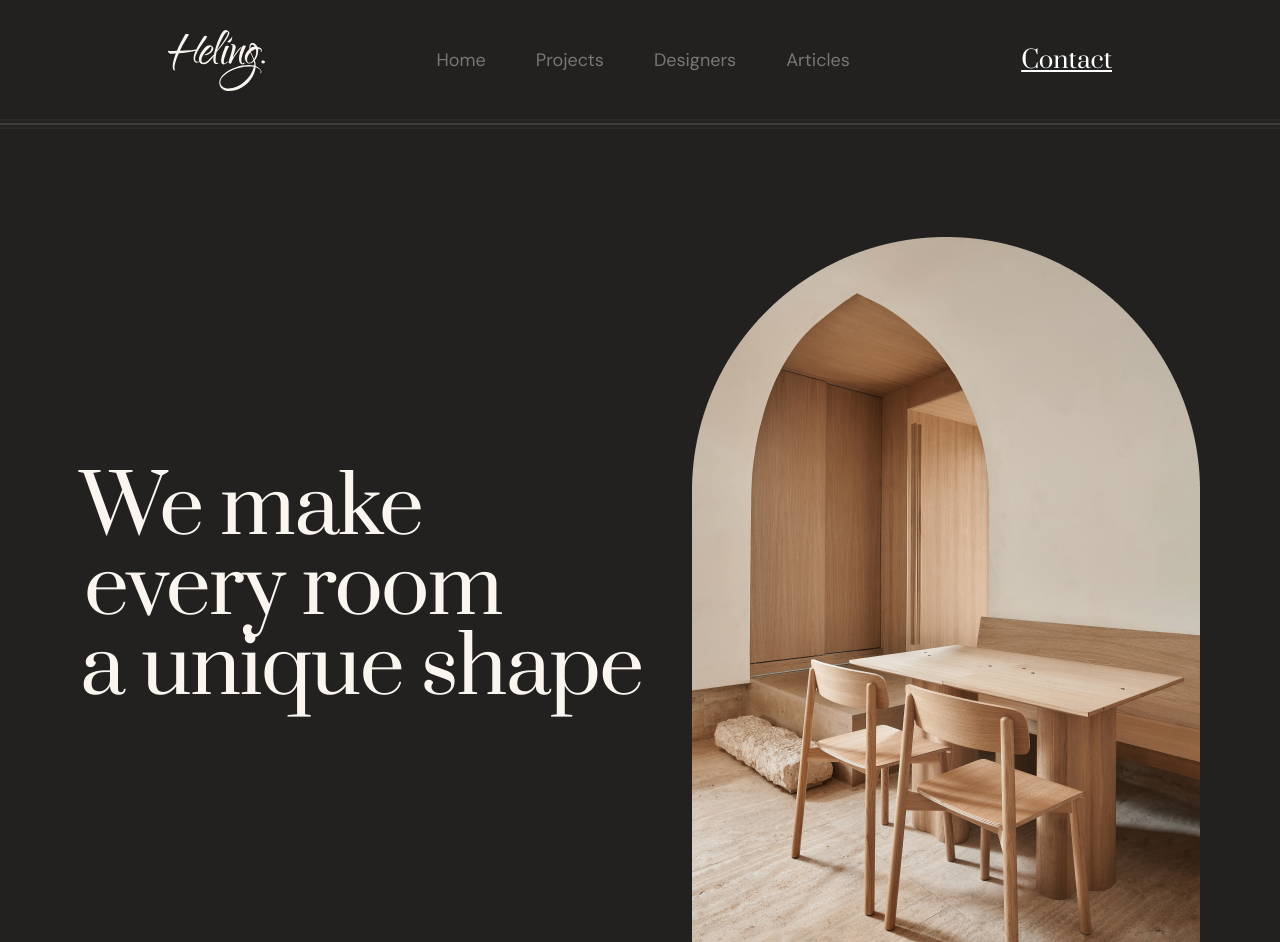
Repository: vandangnhathung/healingui_website
Page: /
An editor plug-in stored every save of this project. The page is shown before and after the next save, followed by the edit.
The browser window is 1280 px wide. The pictures show the whole page.
The project was rebuilt for these pictures with package versions that can differ from the ones it lists, and the page was loaded fresh each time.

Above is the page before, as saved 2022-03-16 13:31:40.

### src/App.js
import "./App.css";
import Container from "./components/Container/Container";
import Header from "./components/Header/Header";
function App() {
  return (
    <div className="max-w-[1600px]">
      <Header></Header>
      <Container></Container>
    </div>
  );
}

export default App;

### src/App.css
.App {
  text-align: center;
}

.App-logo {
  height: 40vmin;
  pointer-events: none;
}

@media (prefers-reduced-motion: no-preference) {
  .App-logo {
    animation: App-logo-spin infinite 20s linear;
  }
}

.App-header {
  background-color: #282c34;
  min-height: 100vh;
  display: flex;
  flex-direction: column;
  align-items: center;
  justify-content: center;
  font-size: calc(10px + 2vmin);
  color: white;
}

.App-link {
  color: #61dafb;
}

@keyframes App-logo-spin {
  from {
    transform: rotate(0deg);
  }
  to {
    transform: rotate(360deg);
  }
}

*,
*::before,
*::after {
  box-sizing: border-box;
}
* {
  margin: 0;
}

html,
body {
  height: 100%;
}
body {
  line-height: 1.5;
  -webkit-font-smoothing: antialiased;
  -webkit-tap-highlight-color: rgba(0, 0, 0, 0);
}

img,
picture,
video,
canvas,
svg {
  display: block;
  max-width: 100%;
}
input,
button,
textarea,
select {
  font: inherit;
  outline: none;
  border: none;
}
p,
h1,
h2,
h3,
h4,
h5,
h6 {
  overflow-wrap: break-word;
}

### src/components/Container/Container.js
import React from "react";
import styled from "styled-components";
import Image1 from "../../Images/Image1.png";
const Container = () => {
  const StyledContainer = styled.div`
    background-color: #222120;
    @import url("https://fonts.googleapis.com/css2?family=DM+Sans:wght@400;500;700&display=swap");
    font-family: "DM Sans", sans-serif;
    @import url("https://fonts.googleapis.com/css2?family=Prata&display=swap");
  `;
  const Container = styled.div`
    padding: 108px 80px 0;
    display: flex;
    align-items: center;
    justify-content: space-between;
    gap: 32px;
  `;
  const Slogan = styled.h2`
    letter-spacing: -0.02em;
    font-size: 80px;
    line-height: 1;
    font-family: "Prata", serif;
    color: #faf5ef;
    max-width: 725px;
    font-weight: 400;
  `;
  const Image1Div = styled.img`
    width: auto;
    height: auto;
  `;
  return (
    <StyledContainer>
      <Container>
        <div>
          <Slogan>
            We make <span className="opacity-0"></span>
            <div className="ml-1">every room</div>
            <span className=""></span> a unique shape
          </Slogan>
        </div>
        <div>
          <Image1Div src={Image1} alt="" />
        </div>
      </Container>
    </StyledContainer>
  );
};

export default Container;

### src/components/Header/Header.js
import React from "react";
import styled from "styled-components";
import headerLine from "../../Images/header-line.png";
const Header = () => {
  const StyledHeader = styled.div`
    background-color: #222120;
    @import url("https://fonts.googleapis.com/css2?family=DM+Sans:wght@400;500;700&display=swap");
    font-family: "DM Sans", sans-serif;
    @import url("https://fonts.googleapis.com/css2?family=Prata&display=swap");
  `;
  const Header = styled.div`
    display: flex;
    justify-content: space-between;
    align-items: center;
    padding: 30px 168px 28px;
  `;
  const ListNav = styled.ul`
    color: #faf5ef;
    opacity: 0.4;
    font-weight: 400;
    font-size: 18px;
    line-height: 0.6;
    display: flex;
    align-items: center;
    list-style: none;
    gap: 0 50px;
  `;
  const ItemNav = styled.li`
    cursor: pointer;
  `;
  const ContactDiv = styled.h3`
    font-family: "Prata", serif;
  `;
  return (
    <StyledHeader>
      <Header>
        <div>
          <svg
            width="97"
            height="61"
            viewBox="0 0 97 61"
            fill="none"
            xmlns="http://www.w3.org/2000/svg"
          >
            <path
              d="M0.241098 20.6943L1.38631 20.9951C5.56534 20.9951 8.05669 20.9349 8.86035 20.8146C11.1106 15.6009 13.8832 10.1667 17.1782 4.51183C17.4595 4.23109 18.1426 4.09073 19.2276 4.09073C20.3125 4.09073 20.855 4.35141 20.855 4.87278L17.9618 9.50493C15.5508 13.5957 13.5618 17.3254 11.9946 20.6943L21.9399 20.213C23.4267 20.1328 25.5162 19.8922 28.2085 19.4911C29.856 16.2827 31.6039 13.2147 33.4523 10.287C35.3008 7.3192 36.4661 5.8353 36.9483 5.8353C37.4305 5.8353 37.9327 5.95562 38.4551 6.19625C39.0177 6.39678 39.299 6.61736 39.299 6.85799C38.8569 7.45956 38.3547 8.14135 37.7921 8.90335C37.2697 9.66535 36.7272 10.4274 36.1647 11.1893C30.1372 19.2104 27.1235 25.1861 27.1235 29.1164C27.1235 30.9211 27.8468 31.8235 29.2934 31.8235L31.3427 31.5227C31.4633 31.5227 31.5236 31.5628 31.5236 31.643C31.5236 31.8435 31.1619 32.0641 30.4386 32.3047C29.7153 32.5855 29.1528 32.7258 28.7509 32.7258C27.8267 32.7258 27.0632 32.3248 26.4605 31.5227C25.8979 30.7206 25.6167 29.7179 25.6167 28.5148C25.6167 26.2288 26.2998 23.6621 27.666 20.8146C21.1563 22.3787 15.5508 23.1607 10.8494 23.1607C7.91605 29.6177 6.44937 34.4303 6.44937 37.5986C6.44937 38.5611 6.56992 39.263 6.81102 39.7041C7.05211 40.1453 7.17266 40.406 7.17266 40.4862C7.17266 40.5664 7.07221 40.6065 6.87129 40.6065C5.4247 40.6065 4.70141 39.1026 4.70141 36.0947C4.70141 33.0868 5.74617 28.8757 7.83568 23.4615C5.50507 23.622 3.87766 23.7022 2.95345 23.7022C0.984483 23.7022 0 22.7597 0 20.8748C0 20.7544 0.0803659 20.6943 0.241098 20.6943Z"
              fill="#FAF5EF"
            />
            <path
              d="M46.2833 24.1834C46.5244 24.1834 46.6449 24.2837 46.6449 24.4842C46.6449 24.6446 46.6047 24.8051 46.5244 24.9655C42.3052 31.1016 38.8092 34.1696 36.0366 34.1696C32.6211 34.1696 30.9133 32.5855 30.9133 29.4172C30.9133 26.9707 32.1188 24.003 34.5297 20.5138C36.9809 17.0247 39.3517 15.2801 41.6421 15.2801C42.6065 15.2801 43.4504 15.6009 44.1737 16.2426C44.9371 16.8442 45.3189 17.5861 45.3189 18.4684C45.3189 19.9924 44.3746 21.4964 42.486 22.9803C40.5974 24.4642 38.7691 25.2061 37.001 25.2061C36.6394 25.2061 36.4585 25.1259 36.4585 24.9655L36.6394 24.6647C41.2604 23.2209 43.5709 20.8547 43.5709 17.5661C43.5709 17.0848 43.4102 16.8442 43.0887 16.8442C42.6065 16.8442 41.8029 17.3054 40.6777 18.2278C38.7088 19.832 37.001 21.8373 35.5544 24.2436C34.1078 26.6499 33.3845 28.6752 33.3845 30.3195C33.3845 31.9638 34.0074 32.786 35.253 32.786C36.6594 32.786 38.2467 32.044 40.0147 30.5602C41.1398 29.5174 42.4458 28.1939 43.9326 26.5897C45.4595 24.9855 46.2431 24.1834 46.2833 24.1834Z"
              fill="#FAF5EF"
            />
            <path
              d="M49.0196 33.0868L49.984 32.786C50.1849 32.786 50.2854 32.8863 50.2854 33.0868C50.2854 33.7285 49.5822 34.0493 48.1758 34.0493C46.247 34.0493 45.2826 32.4451 45.2826 29.2367C45.2826 27.1111 45.9255 23.7423 47.2114 19.1302C48.4973 14.478 50.1247 10.1266 52.0936 6.07593C54.0626 2.02531 55.8307 0 57.3978 0C58.2818 0 59.1658 0.300787 60.0499 0.902364C60.9339 1.46384 61.3759 2.08547 61.3759 2.76726C61.3759 5.65483 57.1165 12.0717 48.5977 22.0177C47.9146 24.9855 47.573 27.5723 47.573 29.7781C47.573 31.9839 48.0552 33.0868 49.0196 33.0868ZM59.9293 2.58678C59.9293 2.10552 59.7887 1.86489 59.5074 1.86489C58.3019 1.86489 56.5539 4.01052 54.2635 8.30177C51.9731 12.5529 50.2251 16.6035 49.0196 20.4536C56.2928 10.9487 59.9293 4.9931 59.9293 2.58678Z"
              fill="#FAF5EF"
            />
            <path
              d="M64.165 6.73767C64.2454 6.73767 64.2856 6.83793 64.2856 7.03846L63.9842 8.78304C63.3814 11.2696 62.4572 12.5128 61.2116 12.5128C60.2873 12.5128 59.5641 12.2722 59.0417 11.7909C60.5686 10.7482 62.2764 9.06377 64.165 6.73767ZM61.0307 16.6035C59.7851 18.7291 58.5997 21.4362 57.4745 24.7248C56.3494 27.9734 55.7869 30.2193 55.7869 31.4625C55.7869 32.7058 56.048 33.3274 56.5704 33.3274C56.9321 33.3274 57.3942 33.1068 57.9567 32.6657C58.5193 32.2245 58.8609 31.9438 58.9814 31.8235C59.102 31.7032 59.2426 31.5828 59.4033 31.4625C59.5641 31.4625 59.6444 31.5427 59.6444 31.7032C59.6444 32.1844 59.0618 32.7459 57.8965 33.3876C56.7713 34.0694 55.9476 34.4103 55.4252 34.4103C53.8983 34.4103 53.1348 33.3074 53.1348 31.1016C53.1348 27.8129 54.3403 23.4214 56.7512 17.927C56.7512 17.7666 56.8517 17.4658 57.0526 17.0247C57.2937 16.5835 57.4745 16.3028 57.5951 16.1824C57.8764 15.9017 58.2581 15.7613 58.7403 15.7613C60.1467 15.7613 60.9102 16.0421 61.0307 16.6035Z"
              fill="#FAF5EF"
            />
            <path
              d="M78.0084 16.3629C78.0084 16.2025 77.9079 16.3028 77.707 16.6637C76.5819 18.7091 75.5773 21.1755 74.6933 24.0631C73.8092 26.9507 73.3672 28.8356 73.3672 29.7179C73.3672 32.1644 73.8092 33.3876 74.6933 33.3876C74.9745 33.3876 75.3362 33.187 75.7782 32.786C76.2604 32.425 76.4613 32.2446 76.381 32.2446C76.5015 32.2446 76.5618 32.405 76.5618 32.7258C76.5618 33.7686 75.959 34.2899 74.7535 34.2899C73.548 34.2899 72.6238 33.7485 71.9809 32.6657C71.338 31.6229 71.0165 30.119 71.0165 28.1538C71.0165 26.1887 71.5389 23.6019 72.5837 20.3935C73.6284 17.145 74.633 15.5207 75.5974 15.5207H75.8988C77.3052 15.5207 78.0084 15.8014 78.0084 16.3629ZM73.307 16.9645C73.3471 17.0046 73.3672 17.0848 73.3672 17.2051C73.3672 17.2853 73.2065 17.526 72.885 17.927C68.5453 23.1808 65.5315 27.6726 63.8439 31.4024L63.3014 32.9665C63.0603 33.4076 62.7589 33.6282 62.3973 33.6282C62.0356 33.6282 61.6338 33.5279 61.1918 33.3274C60.7498 33.1269 60.5288 32.8863 60.5288 32.6055C60.5288 31.9237 61.1918 29.5174 62.5178 25.3866C63.8439 21.2156 64.5069 18.0874 64.5069 16.002C64.5069 15.4405 64.3662 15.0996 64.085 14.9793C63.8037 14.859 63.5224 14.8189 63.2411 14.859C62.9598 14.859 62.8192 14.7587 62.8192 14.5582C62.8192 14.1972 63.1206 14.0168 63.7233 14.0168C66.4156 14.0168 67.7617 15.1197 67.7617 17.3254C67.7617 18.1676 66.7973 21.4362 64.8685 27.1312C66.6366 24.3639 68.3444 21.9776 69.9919 19.9724C71.6394 17.9671 72.7444 16.9645 73.307 16.9645Z"
              fill="#FAF5EF"
            />
            <path
              d="M86.7293 30.3797C87.3321 31.5026 87.6334 33.0066 87.6334 34.8915C87.6334 35.2926 87.6134 35.6736 87.5732 36.0345C89.2207 36.7163 90.5869 37.5986 91.6718 38.6815C92.797 39.7643 93.3595 40.787 93.3595 41.7495C93.3595 42.7521 93.1184 43.2534 92.6362 43.2534C92.5157 43.2534 92.4152 43.1331 92.3349 42.8925C92.6563 42.4513 92.817 42.0302 92.817 41.6292C92.817 40.787 92.2746 39.9448 91.1896 39.1026C90.1047 38.2604 88.9193 37.6387 87.6334 37.2377C87.1512 41.3685 85.6042 45.2587 82.9923 48.9083C80.4206 52.598 77.1658 55.5256 73.2278 57.6913C69.2899 59.8971 65.2515 61 61.1127 61C58.2999 61 55.9692 60.2179 54.1208 58.6538C52.2322 57.0897 51.2879 54.9241 51.2879 52.1568C51.2879 49.4296 52.835 46.6824 55.9291 43.9152C59.0232 41.188 62.8606 39.0223 67.4415 37.4181C71.9822 35.8139 76.4425 35.0118 80.8224 35.0118C82.8718 35.0118 84.6197 35.1923 86.0663 35.5533C86.227 35.072 86.3074 34.6308 86.3074 34.2298C86.3074 32.8662 86.1467 31.9037 85.8252 31.3422C84.2581 32.786 82.8316 33.5079 81.5457 33.5079C80.2599 33.5079 79.1347 32.8863 78.1704 31.643C77.206 30.3997 76.7238 29.0763 76.7238 27.6726C76.7238 24.8652 78.2708 21.9576 81.3649 18.9497C81.3649 16.6637 81.606 15.1197 82.0882 14.3176C82.6106 13.5154 83.5549 13.1144 84.9211 13.1144C86.3275 13.1144 87.8545 14.4379 89.502 17.0848C92.3951 17.6062 93.8417 18.669 93.8417 20.2732C93.8417 20.6341 93.7212 21.0151 93.4801 21.4162C93.2792 21.7771 93.0581 21.9576 92.817 21.9576C92.5759 21.9576 92.4554 21.8774 92.4554 21.717C92.8572 21.4362 93.0581 21.1154 93.0581 20.7544C93.0581 19.5513 92.0938 18.9497 90.165 18.9497C90.2052 19.2705 90.2253 19.6916 90.2253 20.213C90.2253 24.0631 89.0599 27.452 86.7293 30.3797ZM86.6691 16.784C86.1065 15.4605 85.2627 14.7988 84.1375 14.7988C83.0124 14.7988 82.4498 15.8817 82.4498 18.0473V18.1075C83.7759 17.2252 85.0216 16.784 86.1869 16.784H86.6691ZM88.2362 22.0177C88.2362 20.8948 88.0554 19.8922 87.6937 19.0099C87.0106 19.2505 86.0261 19.7117 84.7403 20.3935C83.4946 21.0352 82.8718 21.4964 82.8718 21.7771C82.8718 22.098 83.9366 24.4842 86.0663 28.9359C87.5129 26.8504 88.2362 24.5444 88.2362 22.0177ZM79.0745 29.6578C79.0745 31.7433 79.8781 32.786 81.4854 32.786C82.8918 32.786 84.2179 31.8034 85.4636 29.8383L82.3293 22.3787C81.4854 23.2209 80.722 24.3639 80.0389 25.8077C79.3959 27.2515 79.0745 28.5348 79.0745 29.6578ZM81.8471 36.5759C78.0297 36.5759 74.2726 37.0572 70.5758 38.0197C66.8789 39.0224 63.7246 40.2656 61.1127 41.7495C58.5008 43.2735 56.3912 44.9379 54.7838 46.7426C53.1765 48.5473 52.3729 50.3721 52.3729 52.217C52.3729 54.1019 53.0962 55.6058 54.5428 56.7288C55.9492 57.8918 57.9382 58.4734 60.5099 58.4734C66.0552 58.4734 71.3192 56.2676 76.3018 51.856C81.2443 47.4845 84.4188 42.4914 85.8252 36.8767C84.8608 36.6762 83.5348 36.5759 81.8471 36.5759Z"
              fill="#FAF5EF"
            />
            <path
              d="M95.1315 30.5C95.6137 30.5 96.0356 30.6604 96.3973 30.9813C96.7991 31.262 97 31.5828 97 31.9438C97 32.3448 96.7991 32.6857 96.3973 32.9665C96.0356 33.2472 95.674 33.3876 95.3123 33.3876C94.0265 33.3876 93.3835 32.8462 93.3835 31.7633C93.3835 30.9211 93.9662 30.5 95.1315 30.5Z"
              fill="#FAF5EF"
            />
          </svg>
        </div>
        <ListNav>
          <ItemNav>Home</ItemNav>
          <ItemNav>Projects</ItemNav>
          <ItemNav>Designers</ItemNav>
          <ItemNav>Articles</ItemNav>
        </ListNav>
        <ContactDiv className="text-2xl leading-7 text-white underline">
          Contact
        </ContactDiv>
      </Header>
      <img src={headerLine} alt="" />
    </StyledHeader>
  );
};

export default Header;

Loaded but not shown: public/index.html (common file); src/index.js (common file); src/index.css (common file); src/reportWebVitals.js (common file); tailwind.config.js (common file)

After the next save:
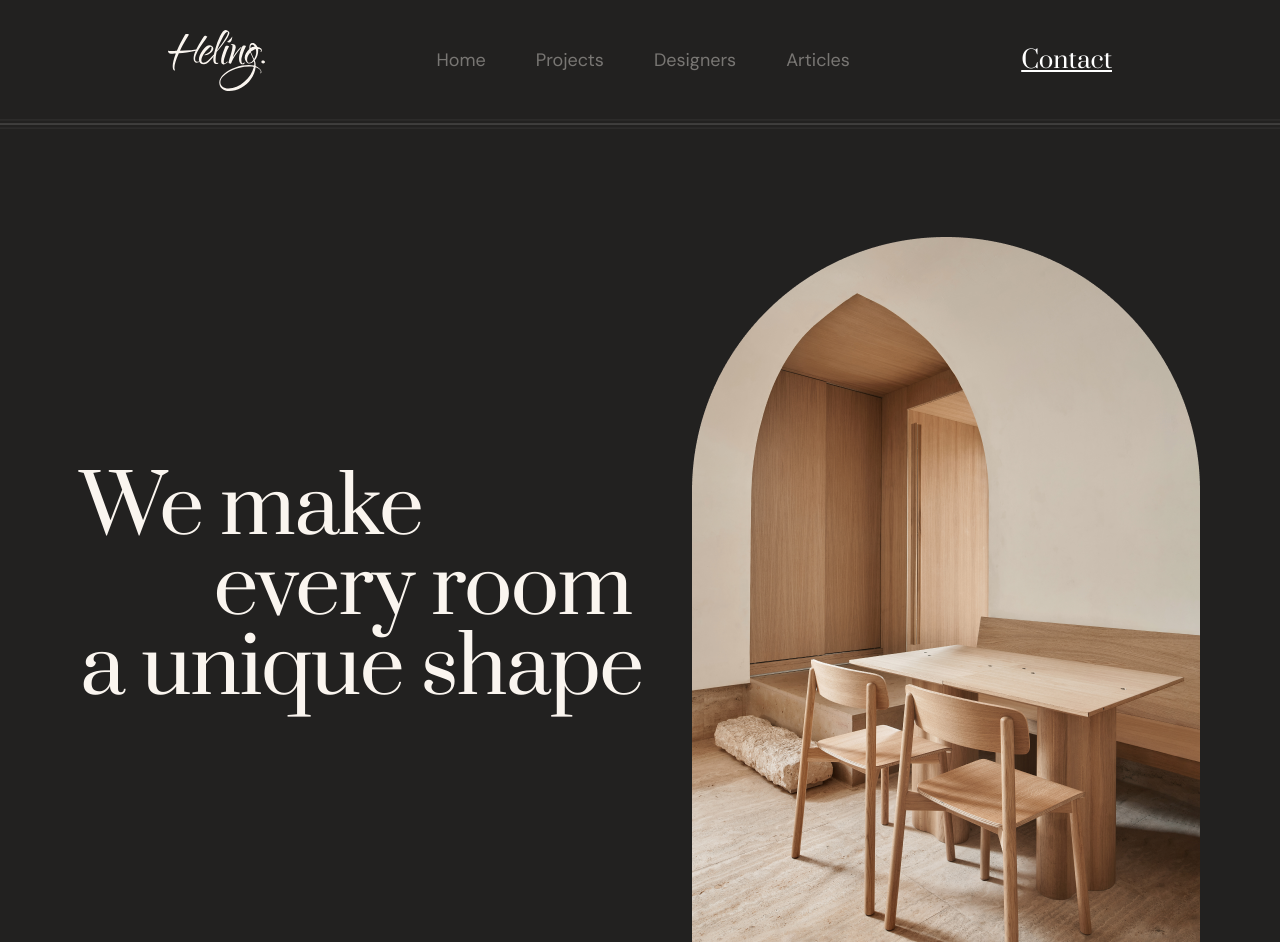
Saved 33 s later.
--- a/src/components/Container/Container.js
+++ b/src/components/Container/Container.js
@@ -34,7 +34,7 @@ const Container = () => {
         <div>
           <Slogan>
             We make <span className="opacity-0"></span>
-            <div className="ml-1">every room</div>
+            <div className="ml-[8.35rem]">every room</div>
             <span className=""></span> a unique shape
           </Slogan>
         </div>
